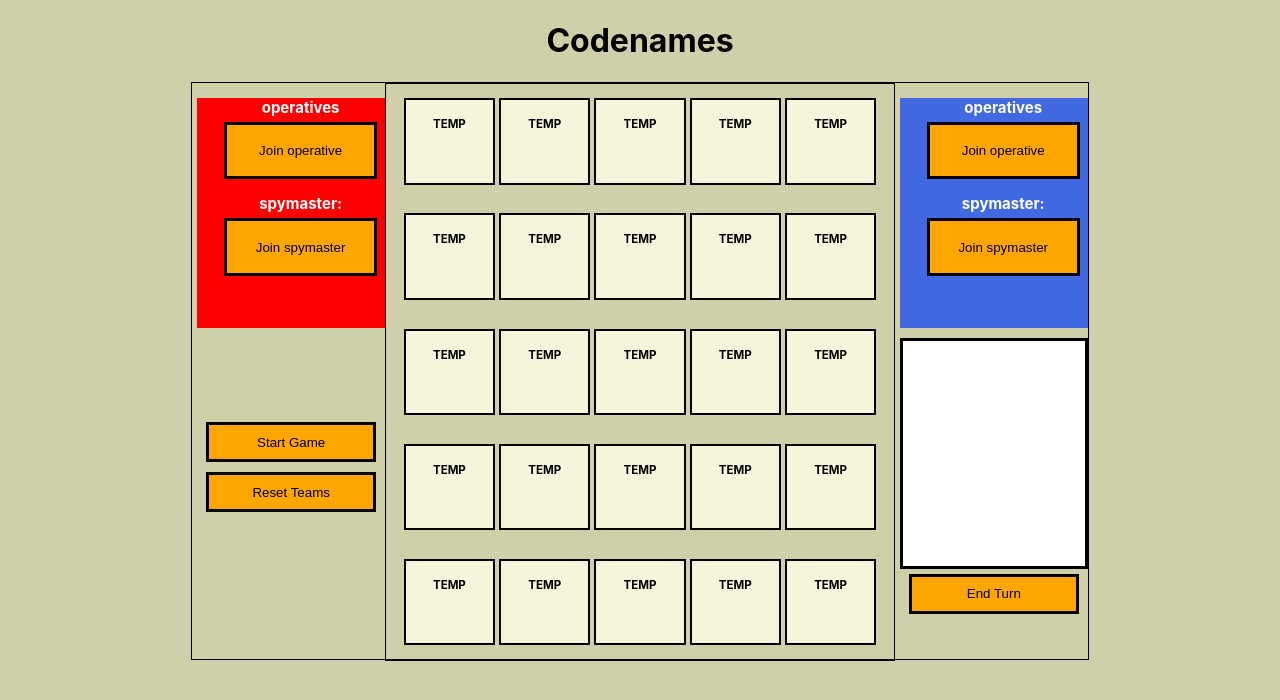
Repository: alcarrizo/Codenames-Fullstack
Page: / (app in client/)
These files come from the project's save history. The page is drawn as it stood at one moment and after the next save; the edit follows.
The browser window is 1280 px wide. The pictures show the whole page.
The project was rebuilt for these pictures with package versions that can differ from the ones it lists, and the page was loaded fresh each time. Imported but missing from the stored project, and not drawn on this page: client/src/reportWebVitals.

Above is the page before, as saved 2023-01-09 22:24:01.

After the next save:
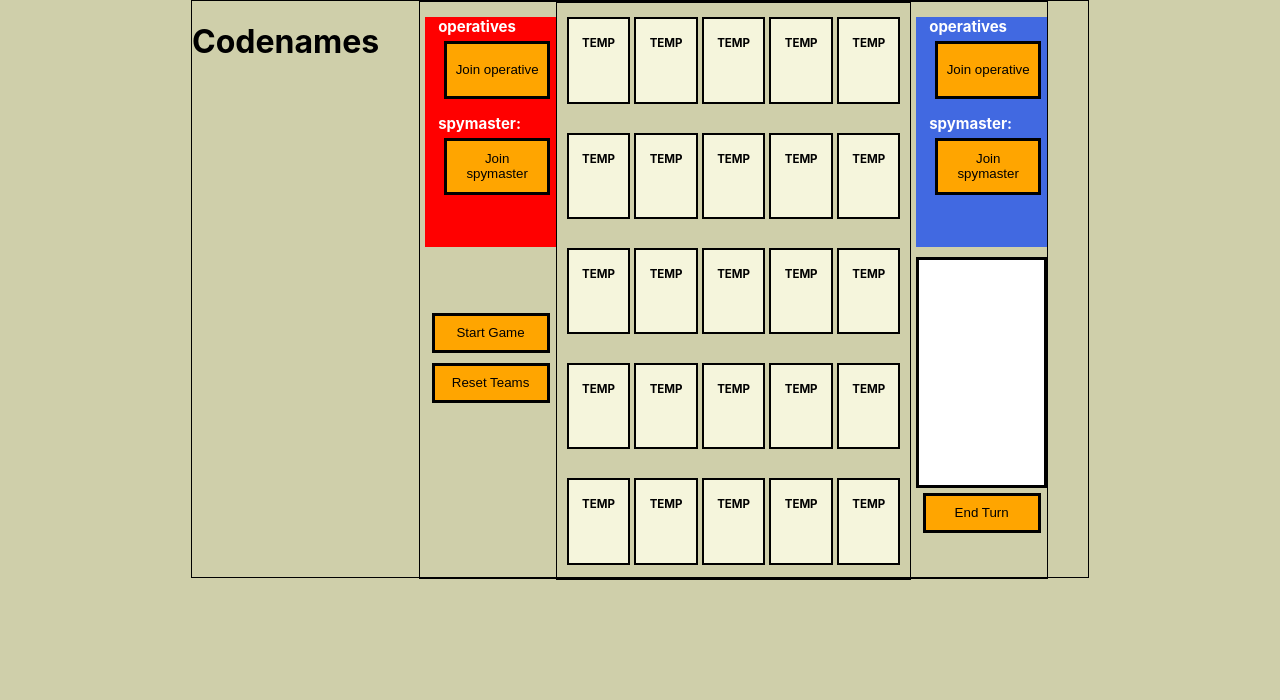
Saved 20 h 21 min later.
--- a/client/src/App.js
+++ b/client/src/App.js
@@ -104,7 +104,7 @@
 
 
   return (
-    <div className="App">
+    <div className="wrapper">
       <h1>Codenames</h1>
 
       <Wrapper revealCard={revealCard} cards={cards} />

After the save that followed:
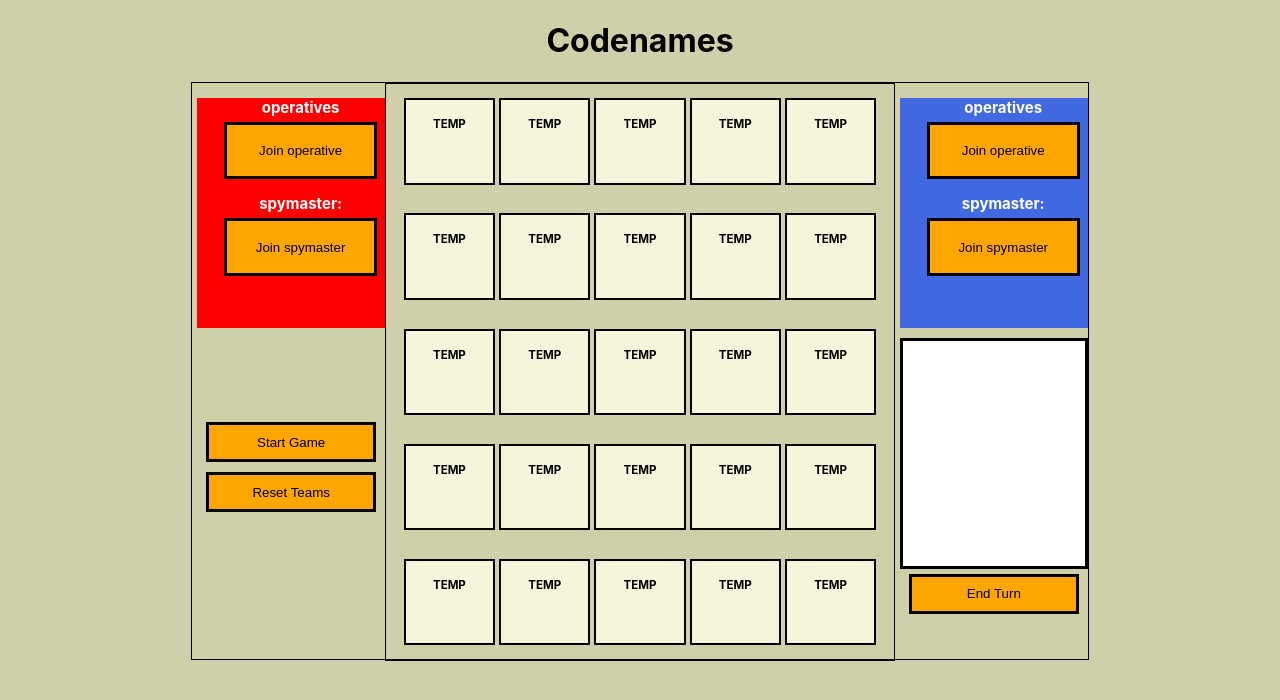
Saved 10 s later.
--- a/client/src/App.js
+++ b/client/src/App.js
@@ -104,7 +104,7 @@
 
 
   return (
-    <div className="wrapper">
+    <div className="App">
       <h1>Codenames</h1>
 
       <Wrapper revealCard={revealCard} cards={cards} />
